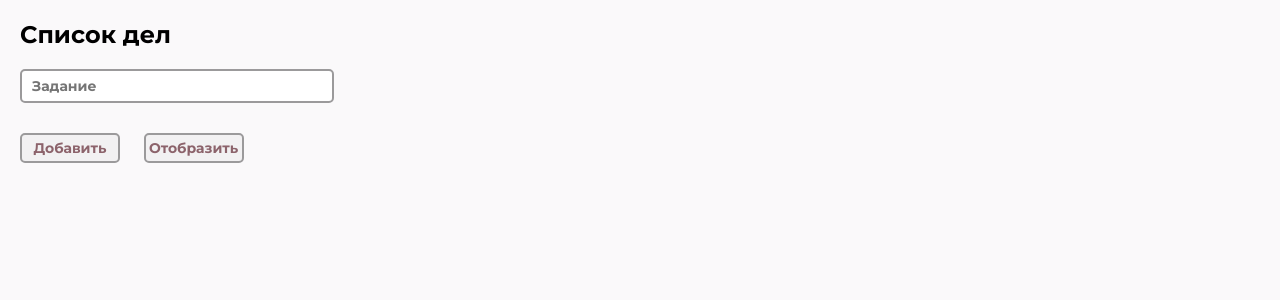
Repository: andbaik/it_unit9
Page: index.html
An editor plug-in stored every save of this project. The page is shown before and after the next save, followed by the edit.
The browser window is 1280 px wide. The pictures show the whole page.

Above is the page before, as saved 2021-04-10 21:37:17.

### index.html
<!DOCTYPE html>
<html lang="ru">
<head>
    <meta charset="UTF-8">
    <meta http-equiv="X-UA-Compatible" content="IE=edge">
    <meta name="viewport" content="width=device-width, initial-scale=1.0">
    <title>Список дел</title>
    <link rel="stylesheet" href="/css/style.css">
</head>
<body>

    <head>
        <h1>Список дел</h1>
    </head>
    <section>
        <input type="text" name="task" id="task" placeholder="Задание">
        <div class="btn-block">
        <button id="add_btn" class="add-task btn">Добавить</button>
        <button id="show_btn" class="show-task btn">Отобразить</button>
        </div>
        <div id="result"> Элемент был добавлен</div>
    </section>
    <script src="https://ajax.googleapis.com/ajax/libs/jquery/3.6.0/jquery.min.js"></script>
    <script>

        $("#add_btn").on('click',function(){
            $("#result").css("display", "block");
            setTimeout( function(){$("#result").hide()}, 2000);

        });
    </script>
</body>
</html>

### css/style.css
@import url('https://fonts.googleapis.com/css2?family=Montserrat:wght@400;700&display=swap');

* {
    margin: 0;
    padding: 0;
    font-family: 'Montserrat', sans-serif;
    font-size: 14px;
}

body {
    margin: 20px;
    background-color: #FAF9FA;

}

h1 {
    font-size: 24px;
}

input {
    width: 300px;
    height: 30px;
    border: 2px solid #9B9A9B;
    border-radius: 5px;
    color: #6B6A6B;
    outline: none;
    padding-left: 10px;
    font-weight: 700;
    margin: 20px 0;
}

input:focus{
    border-color: #8C636B;
    color: #8C636B;
}

section .btn-block{
    margin: 10px 0;
}

.btn {
    width: 100px;
    height: 30px;
    background-color: #F2F1F2;
    color: #8C636B;
    border: 2px solid #9B9A9B;
    border-radius: 5px;
    font-weight: 700;
    outline: none;

}

.btn:hover {
    border-color: rgb(151, 24, 24);
    background-color: #8C636B;
    color: white;
}

.show-task{
    margin-left: 20px;
}

#result {
    width: 300px;
    height: 30px;
    border: 2px solid #9B9A9B;
    border-radius: 5px;
    line-height: 30px;
    font-weight: 700;
    color: #848384;
    padding: 10px;
    margin: 30px 0;
    display:none;
}

.add-el{
    color: #5C5B5C;
}

After the next save:
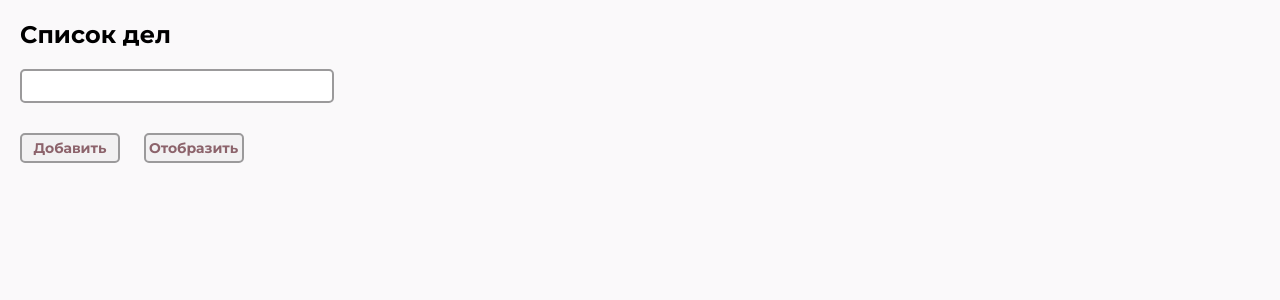
Saved 4 min 16 s later.
--- a/index.html
+++ b/index.html
@@ -13,7 +13,7 @@
         <h1>Список дел</h1>
     </head>
     <section>
-        <input type="text" name="task" id="task" placeholder="Задание">
+        <input type="text" name="task" id="task" val="Задание">
         <div class="btn-block">
         <button id="add_btn" class="add-task btn">Добавить</button>
         <button id="show_btn" class="show-task btn">Отобразить</button>

After the save that followed:
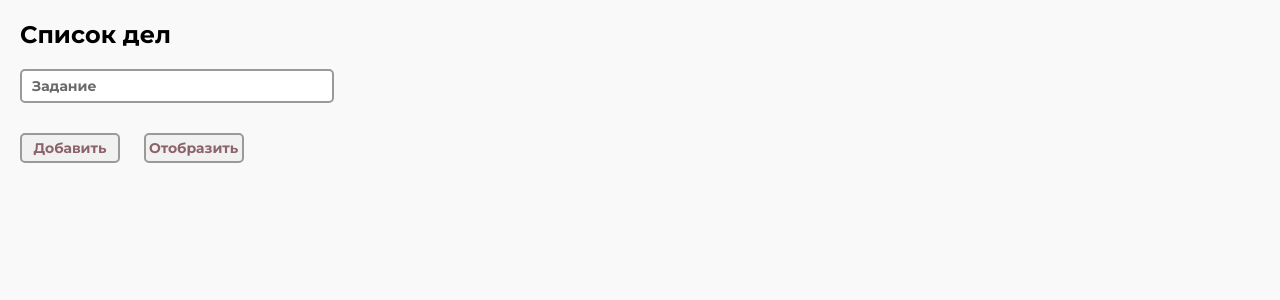
Saved 100 s later.
--- a/index.html
+++ b/index.html
@@ -13,7 +13,7 @@
         <h1>Список дел</h1>
     </head>
     <section>
-        <input type="text" name="task" id="task" val="Задание">
+        <input type="text" name="task" id="task" value="Задание">
         <div class="btn-block">
         <button id="add_btn" class="add-task btn">Добавить</button>
         <button id="show_btn" class="show-task btn">Отобразить</button>
